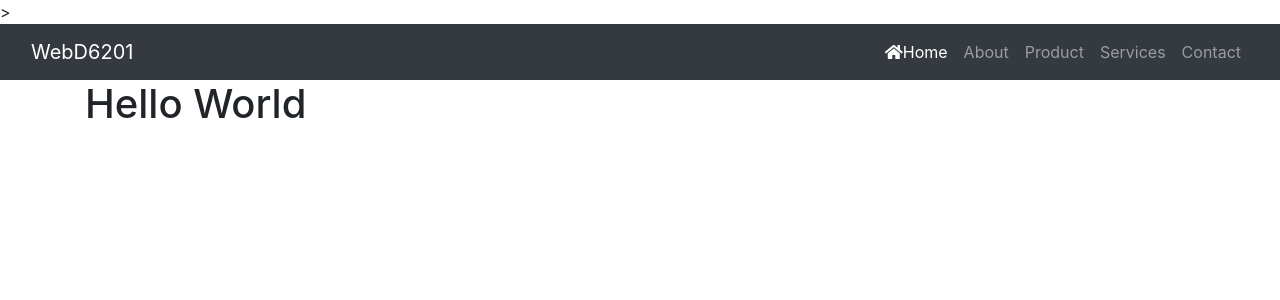
Repository: CKM206/WEBD6201-W2021-Week1
Page: index.html
An editor plug-in stored every save of this project. The page is shown before and after the next save, followed by the edit.
The browser window is 1280 px wide. The pictures show the whole page.

Above is the page before, as saved 2021-01-14 09:24:29.

### index.html
<!doctype html>
<html lang="en">
    <head>
        <meta charset="UTF-8">
        <meta name="viewport" content="width=device-width, initial-scale=1.0">
        <title>Hello World!</title>>
        <!-- CSS Section -->
        <!-- Inject Bootstrap first, always-->
        <link rel="stylesheet"
             href="./node_modules/bootstrap/dist/css/bootstrap.min.css">
        <!-- Now inject Icon Fonts using Font Awesome-->
        <link rel="stylesheet"
             href="./node_modules/@fortawesome/fontawesome-free/css/all.min.css">
        <!-- Now inject our custom css-->
        <link rel="stylesheet" href="./Content/app.css">
    </head>
    <body>
        <!-- Nav Bar Section -->
        <nav class="navbar navbar-expand-lg navbar-dark bg-dark">
            <div class="container-fluid">
              <a class="navbar-brand" href="#">WebD6201</a>
              <button class="navbar-toggler" type="button" data-bs-toggle="collapse" data-bs-target="#navbarSupportedContent" aria-controls="navbarSupportedContent" aria-expanded="false" aria-label="Toggle navigation">
                <span class="navbar-toggler-icon"></span>
              </button>
              <div class="collapse navbar-collapse" id="navbarSupportedContent">
                <ul class="navbar-nav ml-auto mb-2 mb-lg-0">
                  <li class="nav-item">
                    <a class="nav-link active" aria-current="page" href="#">
                        <i class="fas fa-home fa-large"></i>Home</a>
                  </li>

                  <li class="nav-item">
                    <a class="nav-link" aria-current="page" href="#">About</a>
                  </li>

                  <li class="nav-item">
                    <a class="nav-link" aria-current="page" href="#">Product</a>
                  </li>

                  <li class="nav-item">
                    <a class="nav-link" aria-current="page" href="#">Services</a>
                  </li>

                  <li class="nav-item">
                    <a class="nav-link" aria-current="page" href="#">Contact</a>
                  </li>

              </div>
            </div>
          </nav>


        <div class="container">
            <h1>Hello World</h1>
        </div>


        <!-- JavaScript Section-->
        <script src="./node_modules/jquery/dist/jquery.min.js"></script>
        <script src="./node_modules/bootstrap/dist/js/bootstrap.bundle.min.js"></script>
        <script src="./Scripts/app.js"></script>
    </body>
</html>

### Content/app.css
/* Custom Css Goes Here */

### Scripts/app.js
/* Custom Scripts Go Here */

// IIFE - Immediatley Invoked Function Expression
//AKA: Anonymous Self-Executing Function
(function()
{
    function Start()
    {
        console.log("App Started...");

        for (let index = 0; index < 5; index++) {
            console.log(index);

        }

    }

    window.addEventListener("load", Start);

    /*
    window.addEventListener("load", ())
        console.log("App Started...");
    */

})();

Loaded but not shown: node_modules/bootstrap/dist/css/bootstrap.min.css (library); node_modules/@fortawesome/fontawesome-free/css/all.min.css (library); node_modules/jquery/dist/jquery.min.js (library); node_modules/bootstrap/dist/js/bootstrap.bundle.min.js (library)

After the next save:
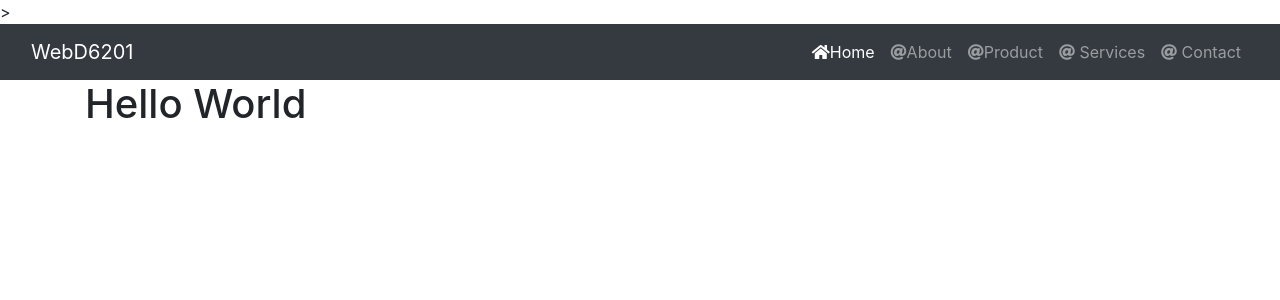
Saved 48 s later.
--- a/index.html
+++ b/index.html
@@ -30,19 +30,23 @@
                   </li>
 
                   <li class="nav-item">
-                    <a class="nav-link" aria-current="page" href="#">About</a>
+                    <a class="nav-link" aria-current="page" href="#">
+                        <i class="fas fa-at"></i>About</a>
                   </li>
 
                   <li class="nav-item">
-                    <a class="nav-link" aria-current="page" href="#">Product</a>
+                    <a class="nav-link" aria-current="page" href="#">
+                        <i class="fas fa-at"></i>Product</a>
                   </li>
 
                   <li class="nav-item">
-                    <a class="nav-link" aria-current="page" href="#">Services</a>
+                    <a class="nav-link" aria-current="page" href="#">
+                        <i class="fas fa-at"></i> Services</a>
                   </li>
 
                   <li class="nav-item">
-                    <a class="nav-link" aria-current="page" href="#">Contact</a>
+                    <a class="nav-link" aria-current="page" href="#">
+                        <i class="fas fa-at"></i> Contact</a>
                   </li>
 
               </div>
